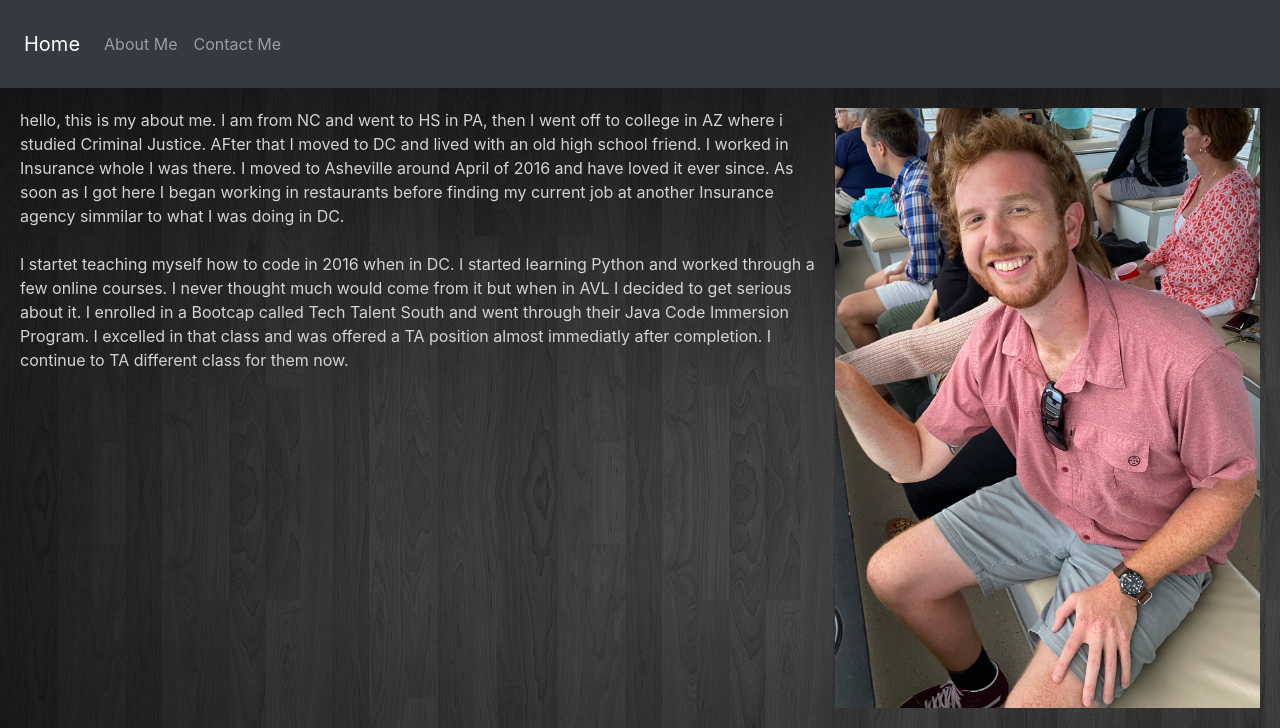
Repository: dupbd/portfolioWebPage
Page: BensSite/src/main/resources/static/aboutMe.html
An editor plug-in stored every save of this project. The page is shown before and after the next save, followed by the edit.
The browser window is 1280 px wide. The pictures show the whole page.

Above is the page before, as saved 2021-02-04 01:52:38.

### BensSite/src/main/resources/static/aboutMe.html
<!DOCTYPE html>
<html>
<head>
	<title>Ben Dupont</title>
	<link rel="stylesheet" href="style.css">
	<link rel="stylesheet" href="https://cdn.jsdelivr.net/npm/bootstrap@4.5.3/dist/css/bootstrap.min.css" integrity="sha384-TX8t27EcRE3e/ihU7zmQxVncDAy5uIKz4rEkgIXeMed4M0jlfIDPvg6uqKI2xXr2" crossorigin="anonymous">
</head>
<body>

	<nav class="navbar navbar-expand-lg navbar-dark bg-dark p-4">
  <button class="navbar-toggler" type="button" data-toggle="collapse" data-target="#navbarTogglerDemo03" aria-controls="navbarTogglerDemo03" aria-expanded="false" aria-label="Toggle navigation">
    <span class="navbar-toggler-icon"></span>
  </button>
  <a class="navbar-brand" href="index.html">Home</a>

  <div class="collapse navbar-collapse" id="navbarTogglerDemo03">
  <ul class="navbar-nav mr-auto mt-2 mt-lg-0">
    <li class="nav-item">
      <a class="nav-link" href="aboutMe.html">About Me</a>
    </li>
    <li class="nav-item">
    <a class="nav-link" href="contact.html">Contact Me<span class="sr-only">(current)</span></a>
  </li>
  </ul>
</div>
</nav>



<img class="me" src="me.jpeg" alt="It's Me" width="425" height="600" style="margin:20px; float:right;">

<p class="aboutme" style="margin:20px;">hello, this is my about me. I am from NC and went to HS in PA, then I
went off to college in AZ where i studied Criminal Justice. AFter that I moved to DC and lived with an old high school friend.
I worked in Insurance whole I was there. I moved to Asheville around April of 2016 and have loved it ever since. As soon as
I got here I began working in restaurants before finding my current job at another Insurance agency simmilar to what I was
doing in DC. <br><br>I startet teaching myself how to code in 2016 when in DC. I started learning Python and worked
through a few online courses. I never thought much would come from it but when in AVL I decided to get serious about it.
I enrolled in a Bootcap called Tech Talent South and went through their Java Code Immersion Program. I excelled in
that class and was offered a TA position almost immediatly after completion. I continue to TA different class for them now.</p>




</body>

</html>

### BensSite/src/main/resources/static/style.css
#resume {
	 display: block;
  margin-left: auto;
  margin-right: auto;

}
.card {
	margin-left: 100px;
	margin-top: 0px;
	margin-bottom: 50px;


	}


body {
	background-image: url("background.jpg") !important;
	overflow: auto;
	}

.jumbotron {
	background: none !important;
	margin-bottom: 0px !important;
	}

.lead {
	color: lightgrey;
	}

.display-4 {
	color: white;
	}

.aboutme {
	color: lightgrey;
	margin-left: 15px;
	}

After the next save:
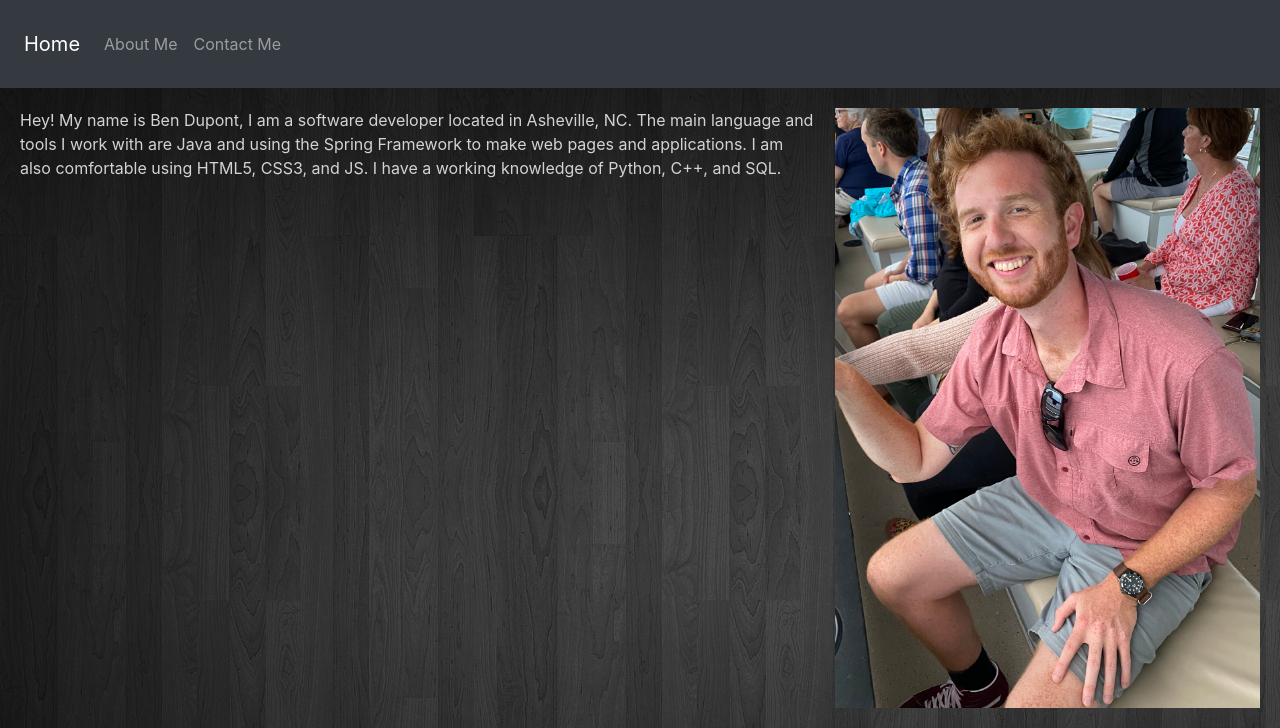
Saved 3 days later.
--- a/BensSite/src/main/resources/static/aboutMe.html
+++ b/BensSite/src/main/resources/static/aboutMe.html
@@ -29,15 +29,10 @@
 
 <img class="me" src="me.jpeg" alt="It's Me" width="425" height="600" style="margin:20px; float:right;">
 
-<p class="aboutme" style="margin:20px;">hello, this is my about me. I am from NC and went to HS in PA, then I
-went off to college in AZ where i studied Criminal Justice. AFter that I moved to DC and lived with an old high school friend.
-I worked in Insurance whole I was there. I moved to Asheville around April of 2016 and have loved it ever since. As soon as
-I got here I began working in restaurants before finding my current job at another Insurance agency simmilar to what I was
-doing in DC. <br><br>I startet teaching myself how to code in 2016 when in DC. I started learning Python and worked
-through a few online courses. I never thought much would come from it but when in AVL I decided to get serious about it.
-I enrolled in a Bootcap called Tech Talent South and went through their Java Code Immersion Program. I excelled in
-that class and was offered a TA position almost immediatly after completion. I continue to TA different class for them now.</p>
-
+<p class="aboutme" style="margin:20px;">Hey! My name is Ben Dupont, I am a software developer located in Asheville, NC.
+The main language and tools I work with are Java and using the Spring Framework to make web pages and applications.
+I am also comfortable using HTML5, CSS3, and JS. I have a working knowledge of Python, C++, and SQL.
+</p>
 
 
 
